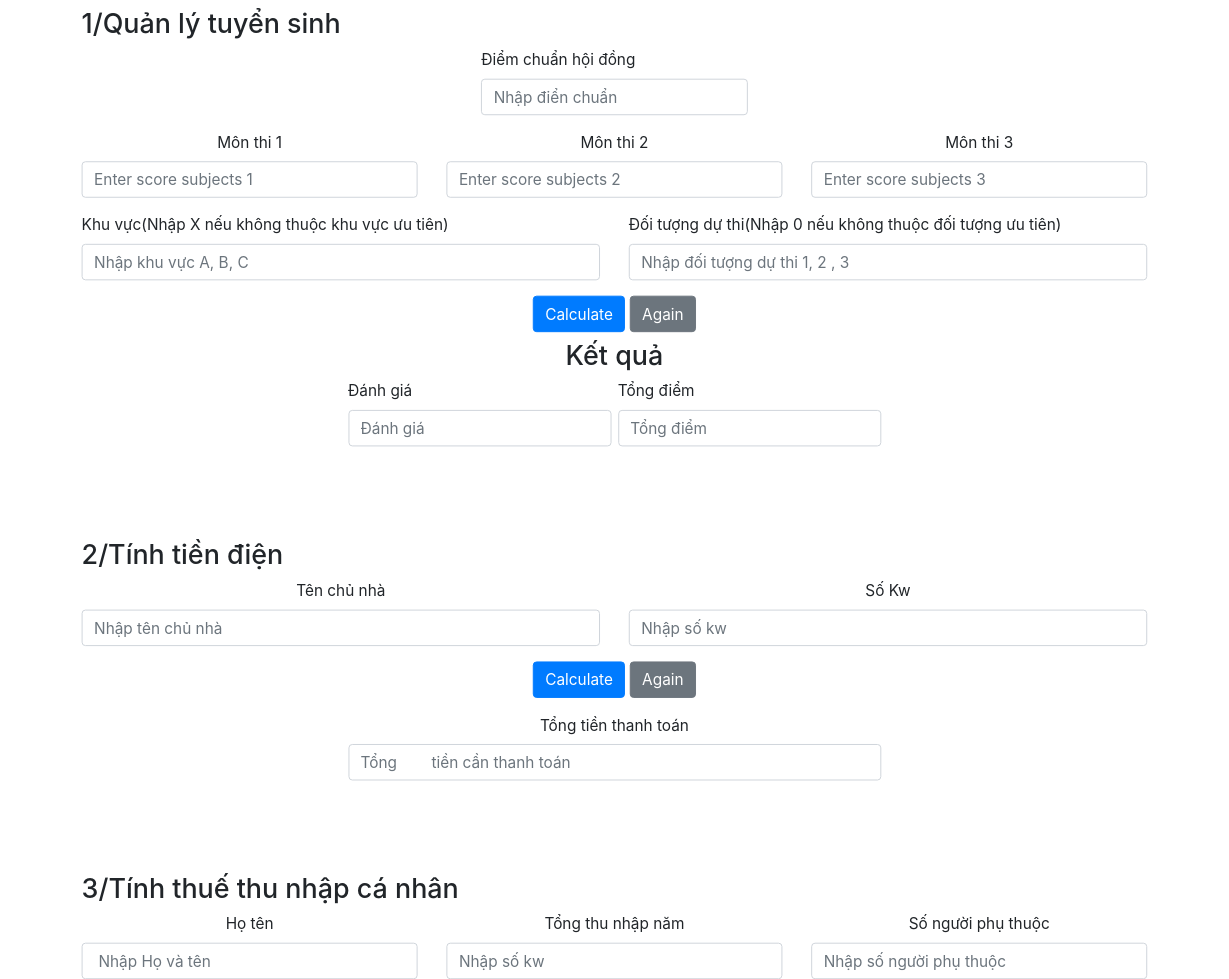
Repository: baobaodeveloper/bootcamp21__jsbasic4_HuynhAnhBao
Page: index.html
An editor plug-in stored every save of this project. The page is shown before and after the next save, followed by the edit.
The browser window is 1280 px wide. The pictures show the whole page, at 96% of full size.

Above is the page before, as saved 2022-03-13 20:32:22.

### index.html
<!DOCTYPE html>
<html lang="en">
  <head>
    <title>Exercise3</title>
    <!-- Required meta tags -->
    <meta charset="utf-8" />
    <meta
      name="viewport"
      content="width=device-width, initial-scale=1, shrink-to-fit=no"
    />

    <!-- Bootstrap CSS -->
    <link
      rel="stylesheet"
      href="https://stackpath.bootstrapcdn.com/bootstrap/4.3.1/css/bootstrap.min.css"
      integrity="sha384-ggOyR0iXCbMQv3Xipma34MD+dH/1fQ784/j6cY/iJTQUOhcWr7x9JvoRxT2MZw1T"
      crossorigin="anonymous"
    />
  </head>
  <body>
    <!-- 1/Quản lý tuyển sinh -->
    <div class="container mt-2">
      <h3>1/Quản lý tuyển sinh</h3>

      <div class="mb-3 w-25 m-auto">
        <label>Điểm chuẩn hội đồng</label>
        <input
          type="number"
          class="form-control"
          id="score"
          placeholder="Nhập điển chuẩn"
        />
      </div>

      <div class="row mt-3 text-center">
        <div class="col">
          <label>Môn thi 1</label>
          <input
            type="number"
            class="form-control"
            id="score1"
            placeholder="Enter score subjects 1"
          />
        </div>
        <div class="col">
          <label>Môn thi 2</label>
          <input
            type="number"
            class="form-control"
            id="score2"
            placeholder="Enter score subjects 2"
          />
        </div>
        <div class="col">
          <label>Môn thi 3</label>
          <input
            type="number"
            class="form-control"
            id="score3"
            placeholder="Enter score subjects 3"
          />
        </div>
      </div>

      <div class="row mt-3">
        <div class="col">
          <label>Khu vực(Nhập X nếu không thuộc khu vực ưu tiên)</label>
          <input
            type="text"
            class="form-control"
            placeholder="Nhập khu vực A, B, C"
            id="area"
          />
        </div>
        <div class="col">
          <label
            >Đối tượng dự thi(Nhập 0 nếu không thuộc đối tượng ưu tiên)</label
          >
          <input
            type="number"
            class="form-control"
            placeholder="Nhập đối tượng dự thi 1, 2 , 3"
            id="object"
          />
        </div>
      </div>

      <div class="text-center mt-3">
        <button type="button" class="btn btn-primary" id="scoreBtn">
          Calculate
        </button>
        <button type="button" class="btn btn-secondary" id="score-btn-again">
          Again
        </button>
      </div>

      <h3 class="text-center mt-2">Kết quả</h3>

      <div class="mb-3 w-50 d-flex m-auto justify-content-between">
        <div>
          <label>Đánh giá</label>
          <input
            type="email"
            class="form-control"
            placeholder="Đánh giá"
            id="evaluate"
          />
        </div>

        <div>
          <label>Tổng điểm</label>
          <input
            type="email"
            class="form-control"
            placeholder="Tổng điểm"
            id="total-score"
          />
        </div>
      </div>
    </div>

    <!-- 2/Tính tiền điện -->
    <div class="container mt-lg-5 pt-5">
      <h3>2/Tính tiền điện</h3>
      <div class="row text-center">
        <div class="col">
          <label class="form-label">Tên chủ nhà</label>
          <input
            type="text"
            class="form-control"
            id="host"
            placeholder="Nhập tên chủ nhà"
          />
        </div>
        <div class="col">
          <label class="form-label">Số Kw</label>
          <input
            type="number"
            id="number-kw"
            class="form-control"
            placeholder="Nhập số kw"
          />
        </div>
      </div>

      <div class="text-center mt-3">
        <button type="button" class="btn btn-primary" id="electricBill">
          Calculate
        </button>
        <button type="button" class="btn btn-secondary" id="electricbill-again">
          Again
        </button>
      </div>

      <div class="w-50 m-auto pt-3 text-center">
        <label class="form-label">Tổng tiền thanh toán</label>
        <input
          type="text"
          class="form-control"
          id="total-pay"
          placeholder="Tổng
        tiền cần thanh toán"
        />
      </div>
    </div>

    <!-- 3/Tính thuế thu nhập cá nhân -->
    <div class="container mt-lg-5 pt-5">
      <h3>3/Tính thuế thu nhập cá nhân</h3>
      <div class="row text-center">
        <div class="col">
          <label class="form-label">Họ tên</label>
          <input
            type="text"
            class="form-control"
            id="host"
            placeholder=" Nhập Họ và tên"
          />
        </div>
        <div class="col">
          <label class="form-label">Tổng thu nhập năm</label>
          <input
            type="number"
            id="number-kw"
            class="form-control"
            placeholder="Nhập số kw"
          />
        </div>
        <div class="col">
          <label class="form-label">Số người phụ thuộc</label>
          <input
            type="number"
            id="number-kw"
            class="form-control"
            placeholder="Nhập số người phụ thuộc"
          />
        </div>
      </div>
    </div>
    <!-- Optional JavaScript -->
    <!-- jQuery first, then Popper.js, then Bootstrap JS -->
    <script
      src="https://code.jquery.com/jquery-3.3.1.slim.min.js"
      integrity="sha384-q8i/X+965DzO0rT7abK41JStQIAqVgRVzpbzo5smXKp4YfRvH+8abtTE1Pi6jizo"
      crossorigin="anonymous"
    ></script>
    <script
      src="https://cdnjs.cloudflare.com/ajax/libs/popper.js/1.14.7/umd/popper.min.js"
      integrity="sha384-UO2eT0CpHqdSJQ6hJty5KVphtPhzWj9WO1clHTMGa3JDZwrnQq4sF86dIHNDz0W1"
      crossorigin="anonymous"
    ></script>
    <script
      src="https://stackpath.bootstrapcdn.com/bootstrap/4.3.1/js/bootstrap.min.js"
      integrity="sha384-JjSmVgyd0p3pXB1rRibZUAYoIIy6OrQ6VrjIEaFf/nJGzIxFDsf4x0xIM+B07jRM"
      crossorigin="anonymous"
    ></script>

    <!-- <script src="exercise1.js"></script> -->
    <script src="exercise2.js"></script>
  </body>
</html>

### exercise2.js
const host = document.getElementById("host");
const numberKw = document.getElementById("number-kw");
const calculateElectricBill = document.getElementById("electricBill");
const calculateElectricBillAgain =
  document.getElementById("electricbill-again");
const totalPay = document.getElementById("total-pay");

calculateElectricBill.addEventListener("click", () => {
  if (!host || !numberKw || numberKw < 0) return;
  const numberKwValue = +numberKw.value;
  const totalMoneyPay = calculatekw(numberKwValue);
  console.log(totalMoneyPay);
  totalPay.value = `${host.value} bạn phải thanh toán ${Intl.NumberFormat(
    "vi-VN",
    {
      style: "currency",
      currency: "VND",
    }
  ).format(totalMoneyPay)}`;
});

const calculatekw = (numKw) => {
  if (numKw <= 50) {
    return numKw * 500;
  } else if (numKw <= 100) {
    return 50 * 500 + (numKw - 50) * 650;
  } else if (numKw <= 200) {
    return 50 * (500 + 650) + (numKw - 100) * 850;
  } else if (numKw <= 350) {
    return 50 * (500 + 650) + 100 * 850 + (numKw - 200) * 1100;
  } else {
    return 50 * (500 + 650) + 100 * 850 + 150 * 1100 + (numKw - 350) * 1300;
  }
};

After the next save:
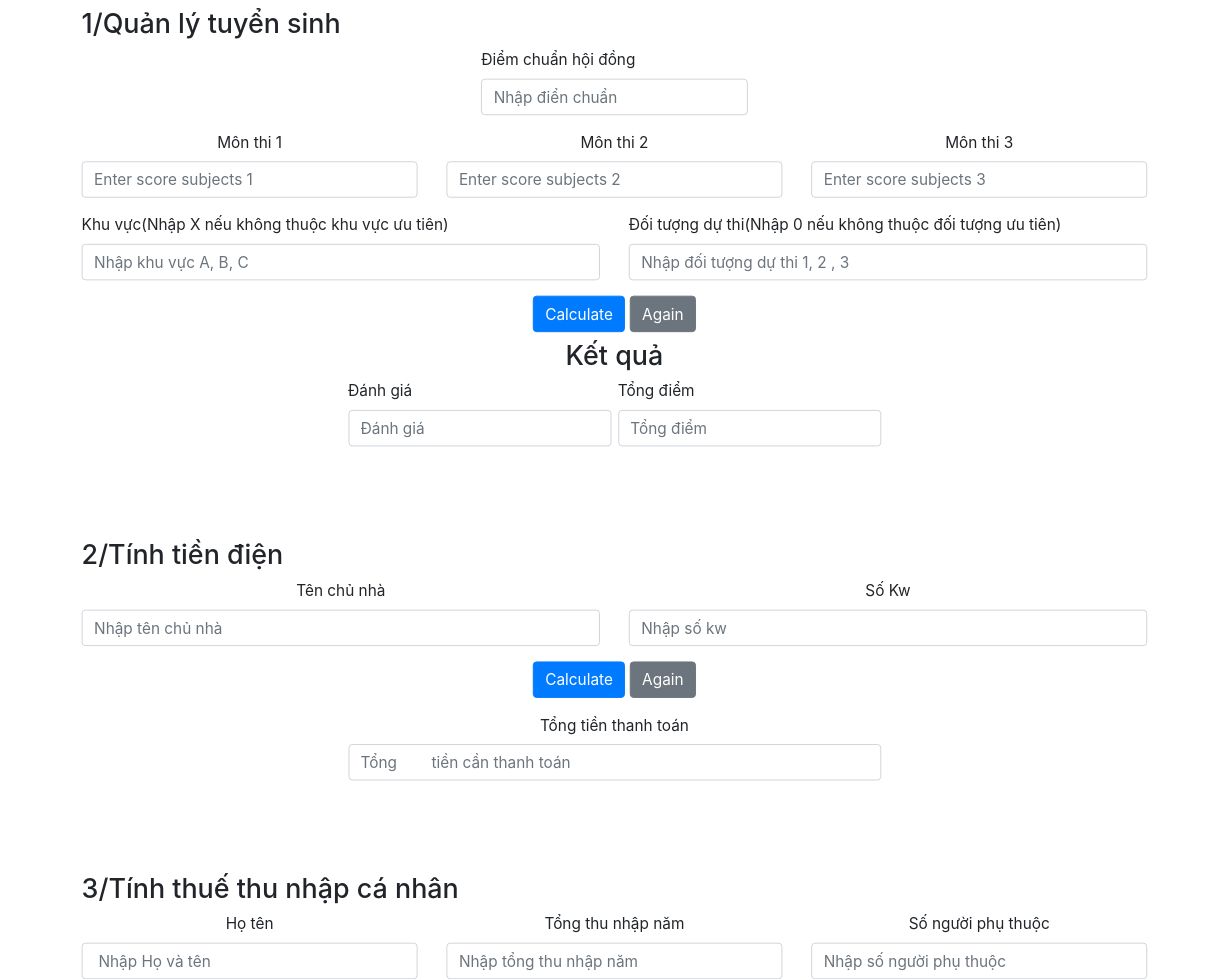
Saved 32 s later.
--- a/index.html
+++ b/index.html
@@ -183,7 +183,7 @@
             type="number"
             id="number-kw"
             class="form-control"
-            placeholder="Nhập số kw"
+            placeholder="Nhập tổng thu nhập năm"
           />
         </div>
         <div class="col">
